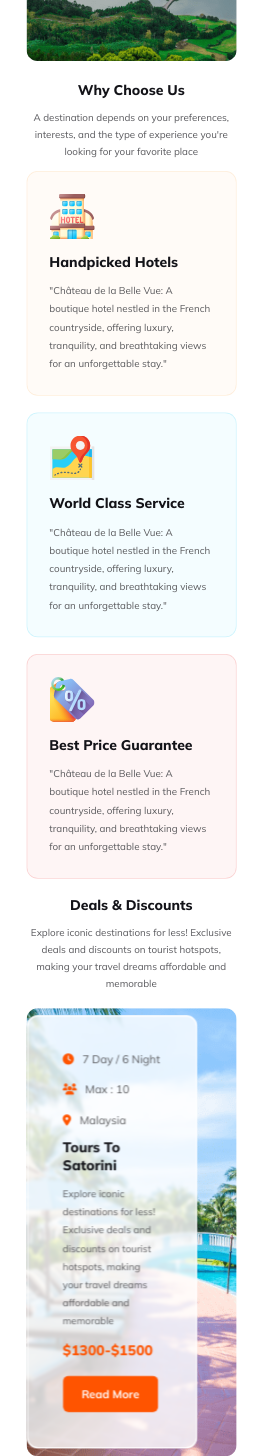
Repository: ShouravAhammed/Assignment-2
Page: index.html
The author's editor kept a copy of each file at every save. The page is drawn from the files as they stood at one save, then again after the next save.
The browser window is 375 px wide. The pictures show the part of the page from y = 4076 to 6316 px (the page is 6156 px tall before and 6316 px after), at 70% of full size.
Some web libraries are served in a nearby version.

Above is the page before, as saved 2024-01-16 18:14:56.

After the next save:
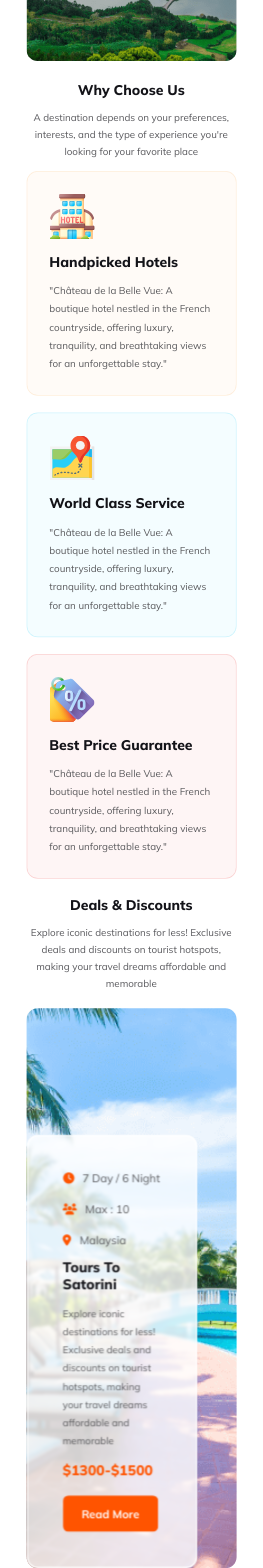
Saved 3 min 42 s later.
--- a/styles/style.css
+++ b/styles/style.css
@@ -516,4 +516,13 @@
     .choose-description{
         font-size: 0.875rem;
     }
-}
+
+    /* deals section css style  */
+    .deals-content {
+        height: 100vh;
+        margin-top: 24px;
+        border-radius: 16px;
+        justify-content: center;
+        align-items: end;
+    }
+}
